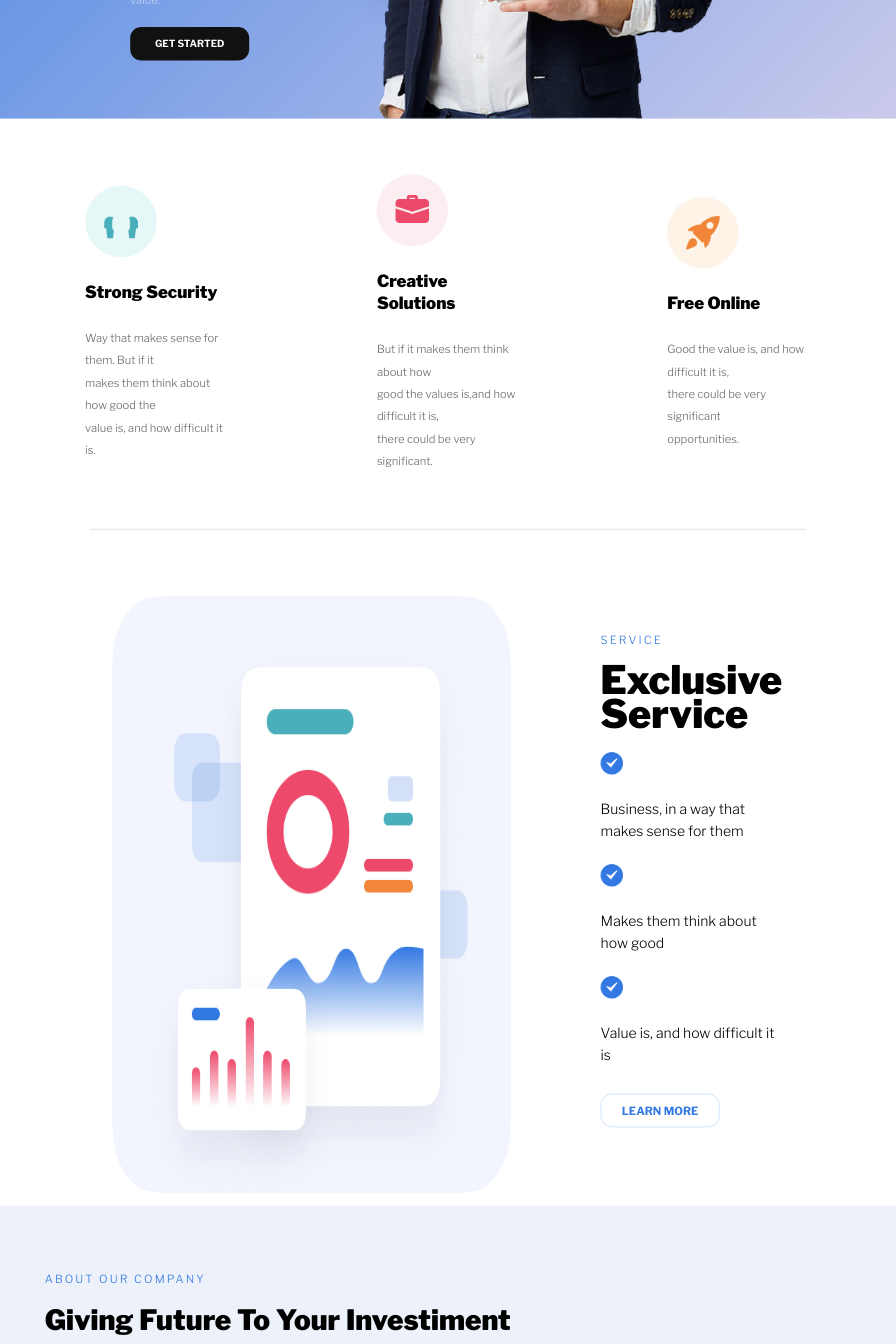
Repository: juniorAntunes910/Make-Money-Design-Avaliacao
Page: index.html
These files come from the project's save history. The page is drawn as it stood at one moment and after the next save; the edit follows.
The browser window is 1280 px wide. The pictures show the part of the page from y = 858 to 2778 px (the page is 8618 px tall before and 8650 px after), at 70% of full size.

Above is the page before, as saved 2026-03-13 12:06:01.

After the next save:
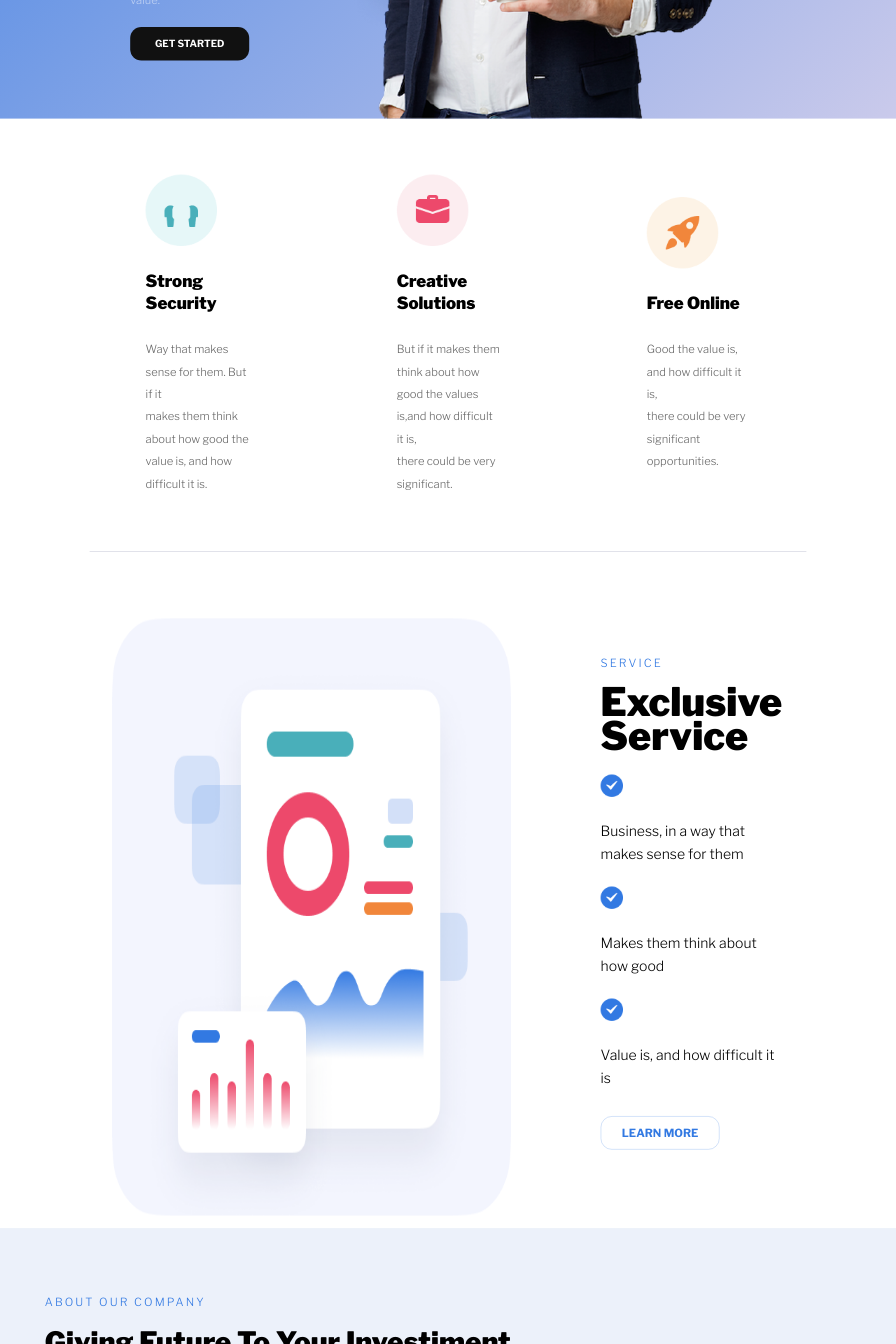
Saved 9 s later.
--- a/index.html
+++ b/index.html
@@ -78,7 +78,7 @@
 
     <section id="main-content" class="container">
 
-        <div id="main-content-cards" class="container"><!--Estou usando como um container/box de cards-->
+        <div id="main-content-cards" class="container container-desktop"><!--Estou usando como um container/box de cards-->
 
             <div class="main-content-card-box"><!--Primeiro "Card" Strong Security-->
 
